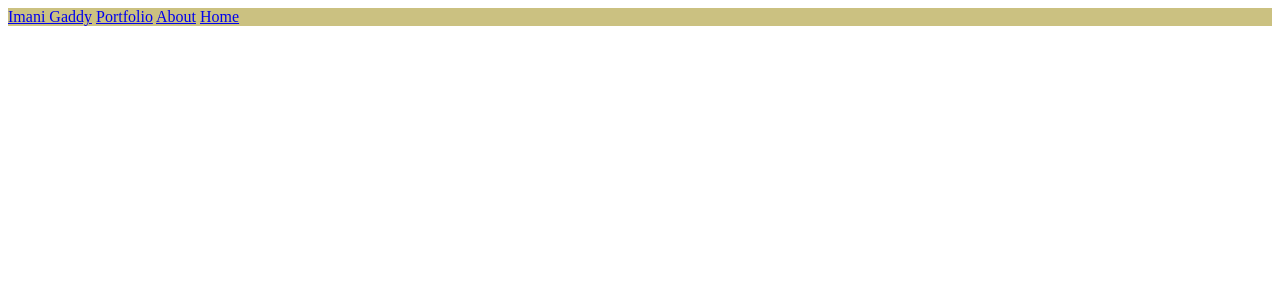
Repository: website-dev-team/website-repo
Page: personal_site/portfolio.html
These files come from the project's save history. The page is drawn as it stood at one moment and after the next save; the edit follows.
The browser window is 1280 px wide. The pictures show the whole page.

Above is the page before, as saved 2024-07-13 04:37:06.

After the next save:
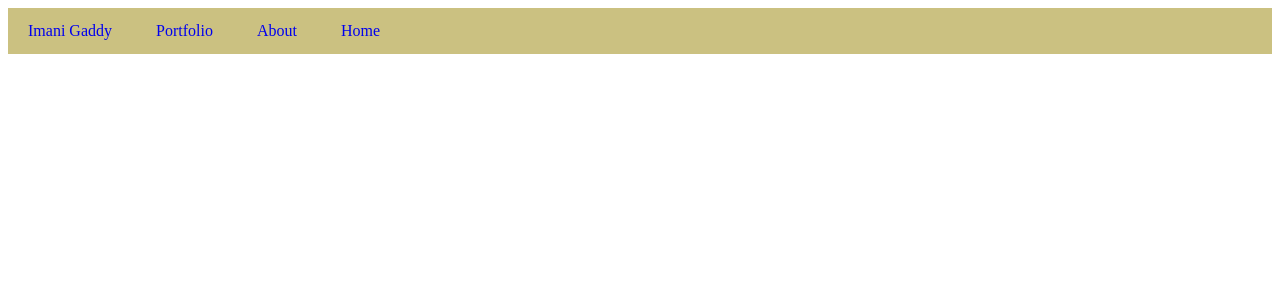
Saved 4 min 51 s later.
--- a/personal_site/style.css
+++ b/personal_site/style.css
@@ -2,3 +2,11 @@
     background-color: #cbc181;
     overflow: hidden;
 }
+
+.navbar a {
+    display: inline-block;
+    text-decoration: none;
+    text-align: center;
+    padding: 14px 20px;
+    color: white white;
+}
